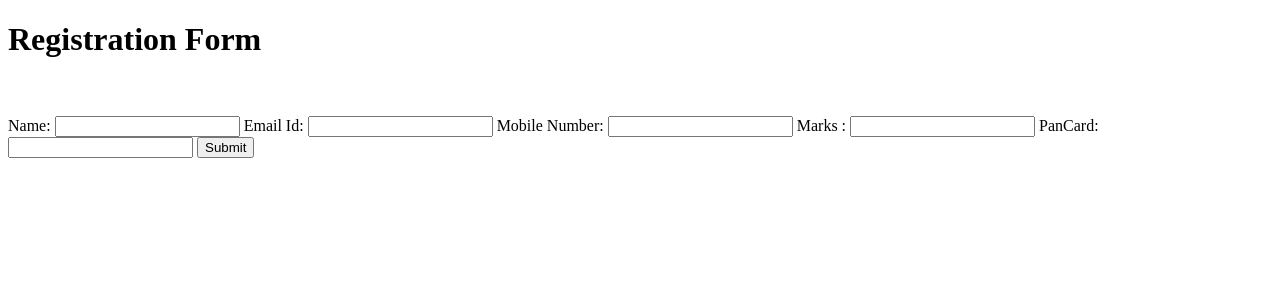
Repository: poojagupta18/Practice-Java
Page: http://localhost/MyOnlineInterviewProcess/RegistrationPortal.jsp
An editor plug-in stored every save of this project. The page is shown before and after the next save, followed by the edit.
The browser window is 1280 px wide. The pictures show the whole page.
The page is served by Tomcat 9.

Above is the page before, as saved 2019-12-04 10:39:33.

### java Training/java/Online-Interview-Process/MyOnlineInterviewProcess/WebContent/RegistrationPortal.jsp
<%@ page language="java" contentType="text/html; charset=ISO-8859-1"
    pageEncoding="ISO-8859-1"%>
<!DOCTYPE html>
<html>
<head>
<meta charset="ISO-8859-1">
<title>Insert title here</title>
</head>
<body>
<h1>Registration Form</h1>
<br>
<br>

<form action="_______" method="post">

Name: <input type="text" name="studentName">
Email Id: <input type="text" name="email">
Mobile Number: <input type="text" name="mobile">
Marks : <input type="text" name="marks">
PanCard: <input type="text" name="pancard">
<input type="submit" value="Submit">
</form>
</body>
</html>

After the next save:
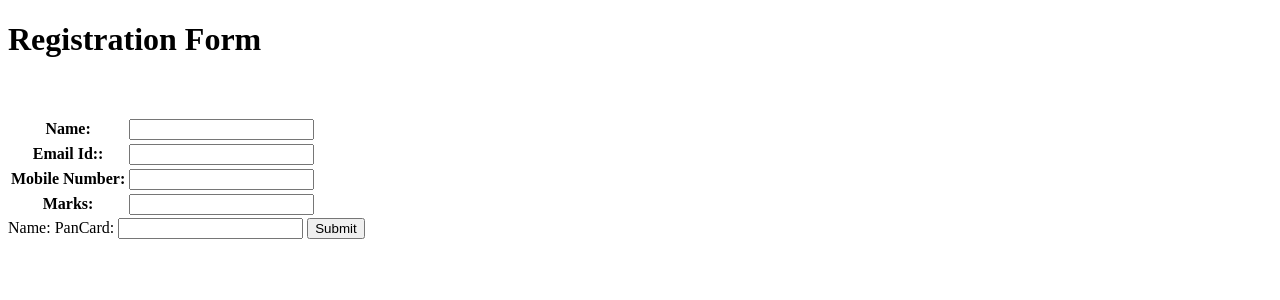
Saved 4 min 14 s later.
--- a/java Training/java/Online-Interview-Process/MyOnlineInterviewProcess/WebContent/RegistrationPortal.jsp
+++ b/java Training/java/Online-Interview-Process/MyOnlineInterviewProcess/WebContent/RegistrationPortal.jsp
@@ -1,5 +1,5 @@
 <%@ page language="java" contentType="text/html; charset=ISO-8859-1"
-    pageEncoding="ISO-8859-1"%>
+	pageEncoding="ISO-8859-1"%>
 <!DOCTYPE html>
 <html>
 <head>
@@ -7,18 +7,36 @@
 <title>Insert title here</title>
 </head>
 <body>
-<h1>Registration Form</h1>
-<br>
-<br>
+	<h1>Registration Form</h1>
+	<br>
+	<br>
 
-<form action="_______" method="post">
+	<form action="_______" method="post">
+		<table>
+			<tr>
+				<th>Name:</th>
+				<td><input type="text" name="studentName"></td>
+			</tr>
+			<tr>
+				<th>Email Id::</th>
+				<td> <input type="text" name="email"></td>
+			</tr>
+			<tr>
+				<th>  Mobile Number:</th>
+				<td> <input type="text" name="mobile"></td>
+			</tr>
+			<tr>
+				<th>Marks:</th>
+				<td> <input type="text" name="marks"></td>
+			</tr>
 
-Name: <input type="text" name="studentName">
-Email Id: <input type="text" name="email">
-Mobile Number: <input type="text" name="mobile">
-Marks : <input type="text" name="marks">
-PanCard: <input type="text" name="pancard">
-<input type="submit" value="Submit">
-</form>
+
+
+
+		</table>
+		Name:
+		 PanCard: <input type="text"
+			name="pancard"> <input type="submit" value="Submit">
+	</form>
 </body>
 </html>
